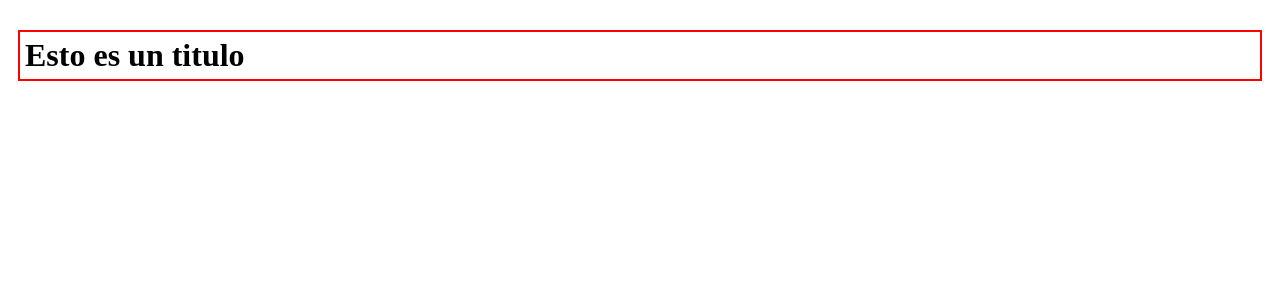
Repository: PabloSebastianPorto/Entrega-CV-1-ARG-PROG
Page: css.html
The author's editor kept a copy of each file at every save. The page is drawn from the files as they stood at one save, then again after the next save.
The browser window is 1280 px wide. The pictures show the whole page.

Above is the page before, as saved 2023-01-16 09:38:53.

### css.html
<!DOCTYPE html>
<html lang="es">
  <head>
    <meta charset="UTF-8" />
    <meta http-equiv="X-UA-Compatible" content="IE=edge" />
    <meta name="viewport" content="width=device-width, initial-scale=1.0" />
    <title>CSS Ejemplo</title>
    <link rel="stylesheet" href="css/Styles.css" />
  </head>
  <body>
    <h1>Esto es un titulo</h1>
  </body>
</html>

### CSS/Styles.css
p {
  color: red;
  width: 300px;
}
/**
Esto es un comentario dentro de un documento de CSS
*/

h1 {
  border: 2px solid red;
  padding: 5px;
  margin-top: 30px;
  margin-bottom: 20px;
  margin-left: 10px;
  margin-right: 10px;
  padding-top: 20;
  padding-bottom: 15;
  padding-left: 10;
  padding-right: 10;
}

After the next save:
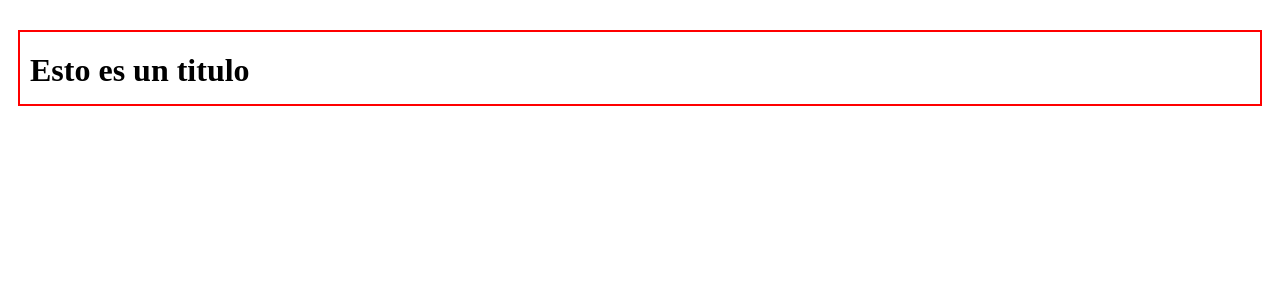
Saved 2 min 10 s later.
--- a/CSS/Styles.css
+++ b/CSS/Styles.css
@@ -13,8 +13,8 @@ h1 {
   margin-bottom: 20px;
   margin-left: 10px;
   margin-right: 10px;
-  padding-top: 20;
-  padding-bottom: 15;
-  padding-left: 10;
-  padding-right: 10;
+  padding-top: 20px;
+  padding-bottom: 15px;
+  padding-left: 10px;
+  padding-right: 10px;
 }
